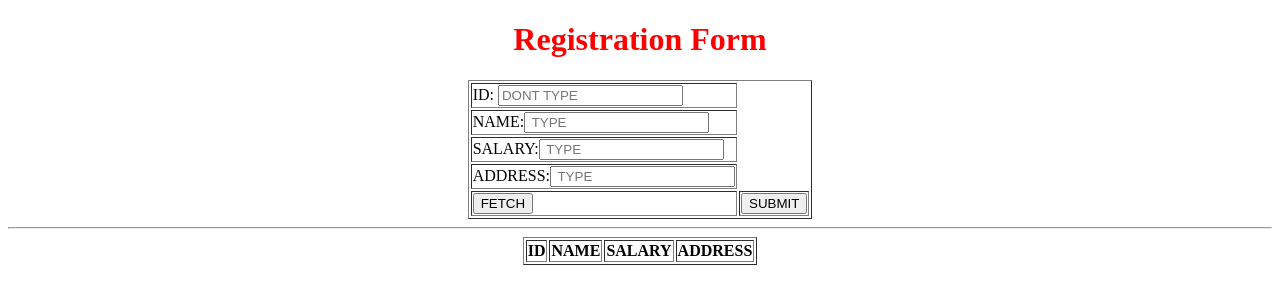
Repository: Amanbadshah/Java-project-
Page: http://localhost/CRUD-SERVLET/
An editor plug-in stored every save of this project. The page is shown before and after the next save, followed by the edit.
The browser window is 1280 px wide. The pictures show the whole page.
The page is served by Tomcat 9. Queries for data that is not in the repository find no rows.

Above is the page before, as saved 2022-06-03 09:37:00.

After the next save:
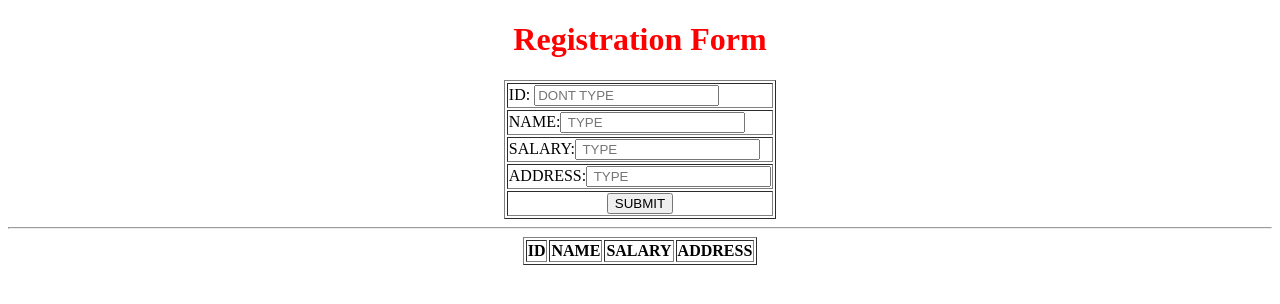
Saved 59 s later.
--- a/CRUD-SERVLET/src/main/webapp/index.jsp
+++ b/CRUD-SERVLET/src/main/webapp/index.jsp
@@ -37,7 +37,7 @@
 				</td>
 			</tr>
 
-			<td><button type="button">FETCH</button></td>
+
 
 
 
